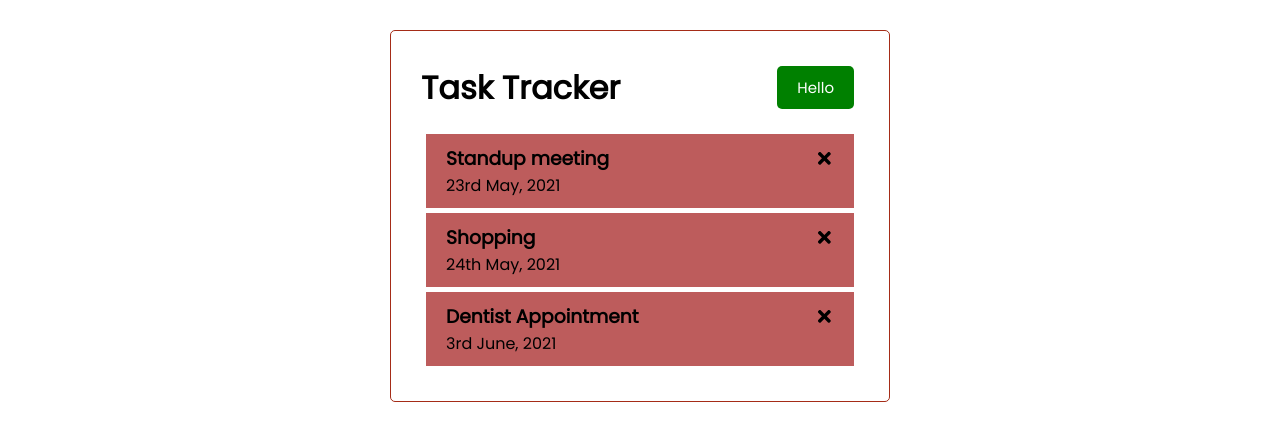
Repository: NIMRAH97/React-Strap-Test
Page: /
The author's editor kept a copy of each file at every save. The page is drawn from the files as they stood at one save, then again after the next save.
The browser window is 1280 px wide. The pictures show the whole page.
The project was rebuilt for these pictures with package versions that can differ from the ones it lists, and the page was loaded fresh each time.

Above is the page before, as saved 2021-05-22 18:02:45.

After the next save:
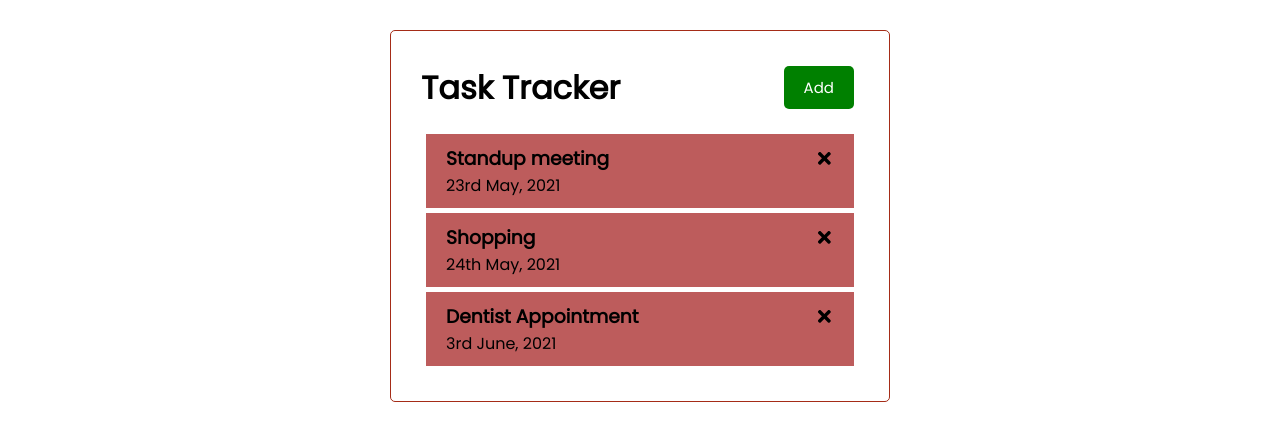
Saved 91 s later.
--- a/src/components/Header.js
+++ b/src/components/Header.js
@@ -1,21 +1,21 @@
 import PropTypes from 'prop-types'
 import Button from './Button'
 const Header = ({ title }) => {
-    const onClick = () => {
-        console.log("click triggered")
-    }
-    return (
-        <header className="header">
-            <h1>{title}</h1>
-            <Button color="green" text='Hello' onClick={onClick} />
-        </header>
-    )
+  const onClick = () => {
+    console.log("click triggered")
+  }
+  return (
+    <header className="header">
+      <h1>{title}</h1>
+      <Button color="green" text='Add' onClick={onClick} />
+    </header>
+  )
 }
 
 Header.defaultProps = {
-    title: "Task Tracker",
+  title: "Task Tracker",
 }
 Header.propTypes = {
-    title: PropTypes.string.isRequired,
+  title: PropTypes.string.isRequired,
 }
 export default Header
